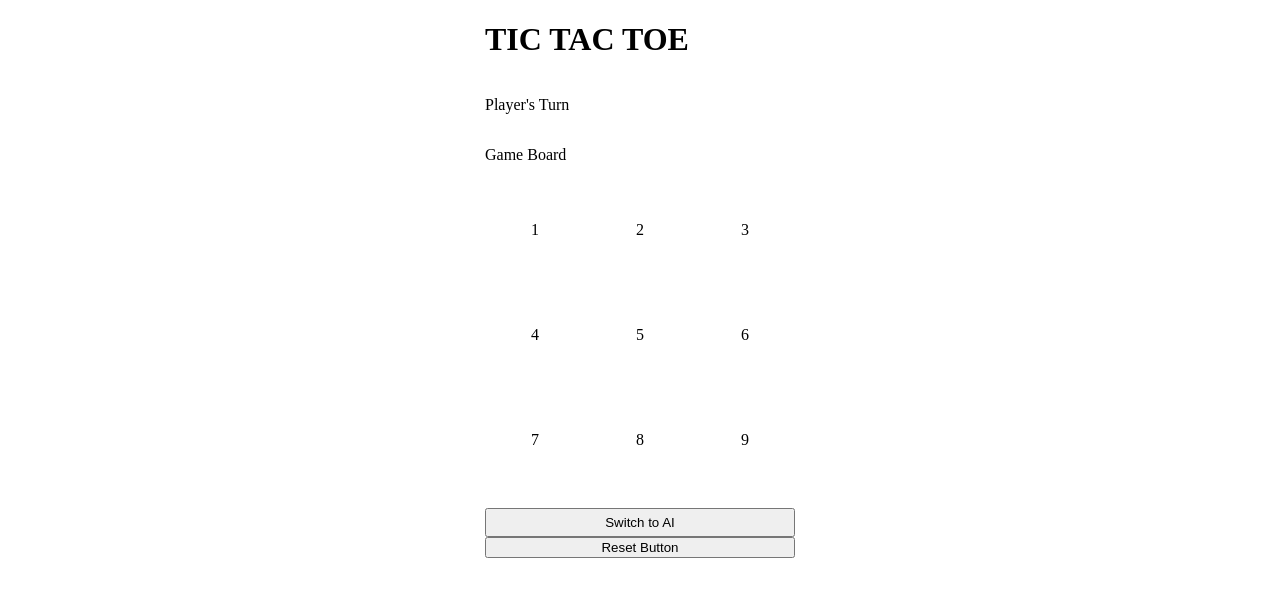
Repository: Yash19075/TicTacToe-game
Page: TicTacToe.html
An editor plug-in stored every save of this project. The page is shown before and after the next save, followed by the edit.
The browser window is 1280 px wide. The pictures show the whole page.

Above is the page before, as saved 2025-03-08 22:59:24.

### TicTacToe.html
<!DOCTYPE html>
<html lang="en">
<head>
    <meta charset="UTF-8">
    <meta name="viewport" content="width=device-width, initial-scale=1.0">
    <title>TicTacToe</title>
    <link rel="stylesheet" href="TicTacToe.css">
</head>
<body>
    <h1>TIC TAC TOE</h1>

    <p>Player's Turn</p>

    <p>Game Board</p>
    <div class="css-board">
        <div class="css-cell">1</div>
        <div class="css-cell">2</div>
        <div class="css-cell">3</div>
        <div class="css-cell">4</div>
        <div class="css-cell">5</div>
        <div class="css-cell">6</div>
        <div class="css-cell">7</div>
        <div class="css-cell">8</div>
        <div class="css-cell">9</div>
    </div>
    <br>
    <button class="css-switchButton">Switch to AI</button>
    <button>Reset Button</button>
</body>
</html>

### TicTacToe.css
body {
    justify-content: center;
    align-items: center;
    display: grid;
    height: 100px;
    margin: 0;
}

.css-board {
    display: grid;
    grid-template-columns: repeat(3, 100px);
    grid-template-rows: repeat(3, 100px);
    gap: 5px;
    align-items: center;
}

.css-board div {
    display: flex;
    justify-content: center;
    align-items: center;
}

.css-switchButton {
    padding: 5px 20px;
}

After the next save:
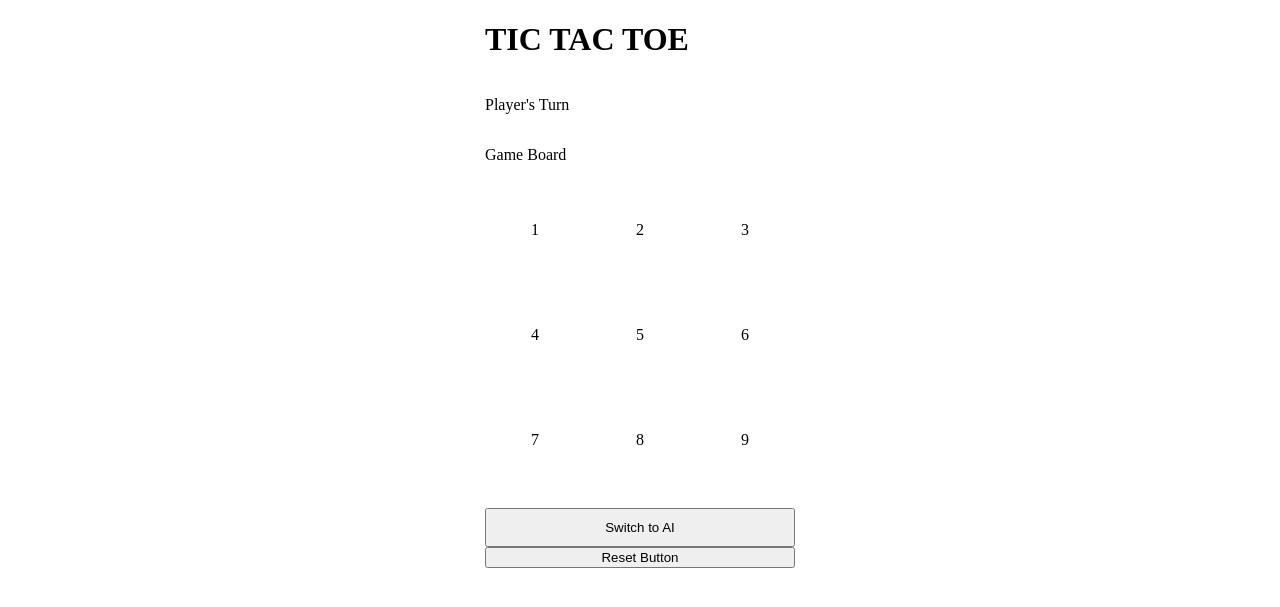
Saved 5 s later.
--- a/TicTacToe.css
+++ b/TicTacToe.css
@@ -21,5 +21,5 @@ body {
 }
 
 .css-switchButton {
-    padding: 5px 20px;
+    padding: 10px 20px;
 }
